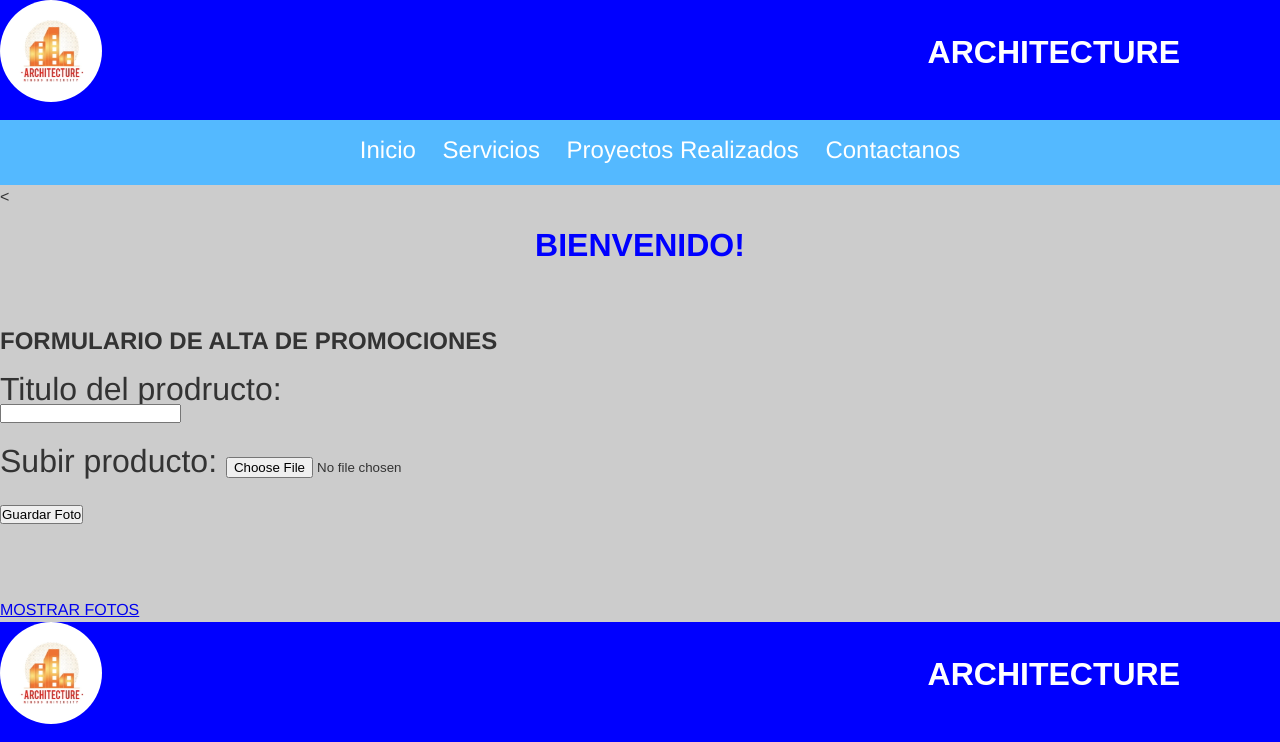
Repository: gabrielestrella18/htdocs
Page: http://localhost/arquitectos/control.php
An editor plug-in stored every save of this project. The page is shown before and after the next save, followed by the edit.
The browser window is 1280 px wide. The pictures show the whole page.
The page is run by PHP 8.4 with error messages shown; the project is at /var/www/html/.

Above is the page before, as saved 2023-12-10 01:50:22.

After the next save:
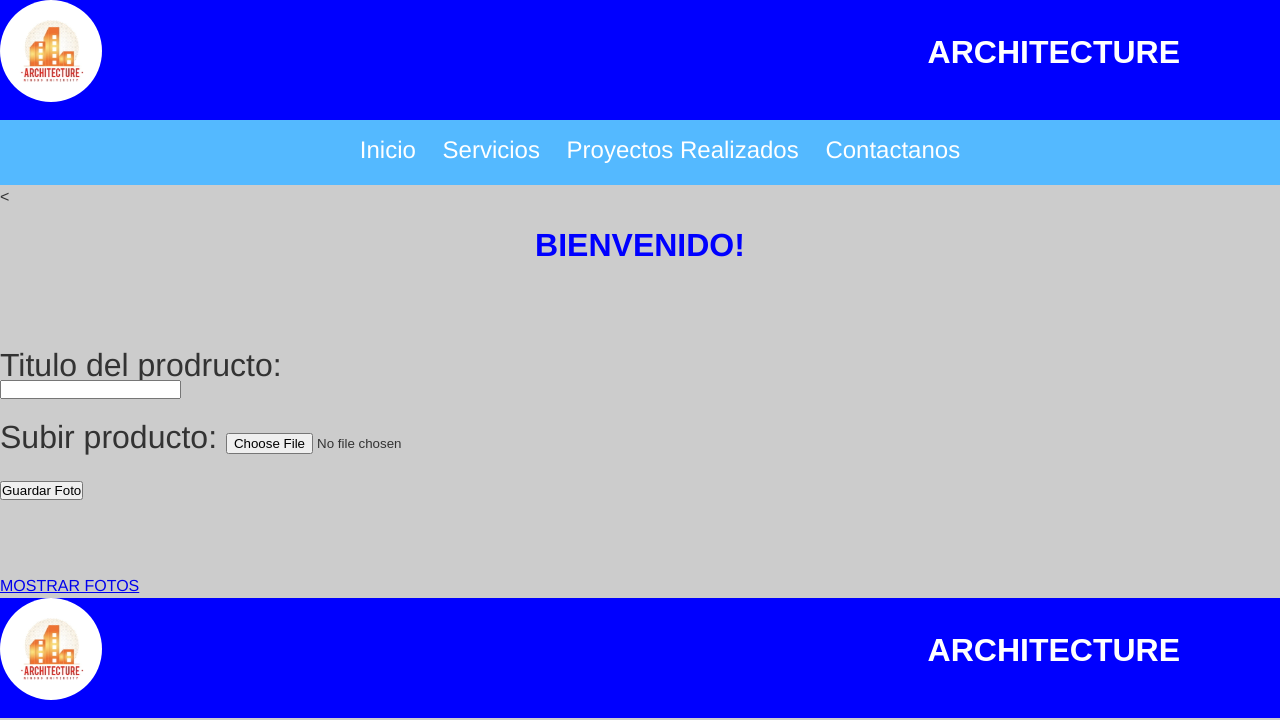
Saved 17 s later.
--- a/arquitectos/control.php
+++ b/arquitectos/control.php
@@ -23,7 +23,7 @@ include "menu.php"
 <br><br><br>
 <div class="ancho">
       <Form id="form1" name="form1" method="post" action="recibir.php" enctype="multipart/form-data">
-        <h2>FORMULARIO DE ALTA DE PROMOCIONES</h2>
+
         <br>
         <P>Titulo del prodructo: </P>
 <div>
